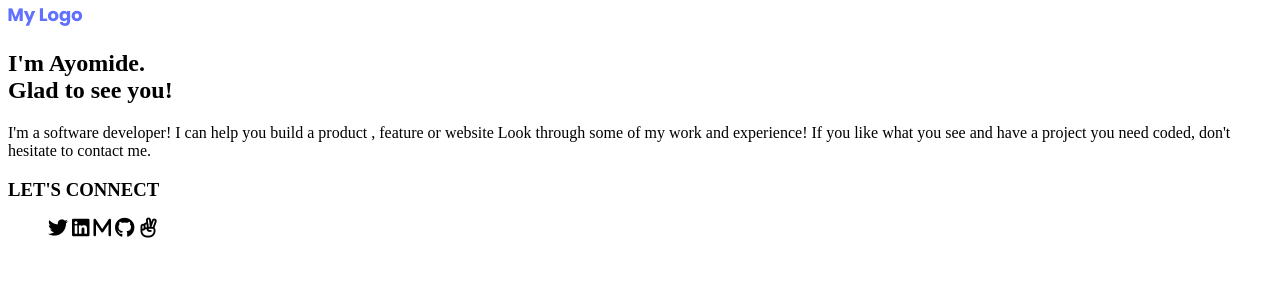
Repository: Paulinelali/microverse-personal-portfolio
Page: index.html
The author's editor kept a copy of each file at every save. The page is drawn from the files as they stood at one save, then again after a run of saves.
The browser window is 1280 px wide. The pictures show the whole page.
Some web libraries are served in a nearby version.

Above is the page before, as saved 2023-04-28 00:52:51.

### index.html
<!DOCTYPE html>
<html lang="en">
<head>
    <meta charset="UTF-8">
    <meta http-equiv="X-UA-Compatible" content="IE=edge">
    <meta name="viewport" content="width=device-width, initial-scale=1.0">
    <link rel="preconnect" href="https://fonts.googleapis.com">
<link rel="preconnect" href="https://fonts.gstatic.com" crossorigin>
<link href="https://fonts.googleapis.com/css2?family=Poppins:ital,wght@0,300;0,400;0,700;1,500&display=swap" rel="stylesheet">
    <script src="https://kit.fontawesome.com/97d9fb687f.js" crossorigin="anonymous"></script>
    <link rel="stylesheet" media="screen and (max-width: 765px)" href="style.css">
    <title>Ayomide's portfolio</title>
</head>
<body>
    <section>
        <header class="header">
            <nav class="navbar">
                <div class="logo">
                    <img src="./assets/My Logo.png" alt="">
                </div>
                <div class="hamburger">
                    <span class="line-top"></span>
                    <span class="line-middle"></span>
                    <span class="line-bottom"></span>
                </div>
            </nav>
            <div class="intro">
                <h1 class="title">
                    I'm Ayomide.<br>
                    Glad to see you!
                </h1>
                <p class="bio">
                    I'm a software developer! I can help you build a product , feature or website Look through some of my work and experience! If you like what you see and have a project you need coded, don't hesitate to contact me.
                </p>
                <h3 class="let-connect">
                    LET'S CONNECT
                </h3>
                <ul class="social-icons">

                    <i class="fa-brands fa-twitter fa-lg"></i>
                    <i class="fa-brands fa-linkedin fa-lg"></i>
                    <i class="fa-solid fa-m fa-lg"></i>
                    <i class="fa-brands fa-github fa-lg"></i>
                    <i class="fa-regular fa-hand-peace fa-flip-horizontal fa-lg"></i>
                </ul>
            </div>
        </header>
    </section>
</body>
</html>

### style.css

* {
  box-sizing: border-box;
  margin: 0;
  padding: 0;
}

body {
  font-family: 'Poppins', sans-serif;
}

.navbar {
  margin-top: 58px;
  display: flex;
  justify-content: space-between;
  padding: 0 24px;
}

.navbar .logo {
  vertical-align: middle;
  margin-top: 3px;
}

.hamburger {
  width: 10%;
  height: 4px;
  display: flex;
  flex-direction: column;
  gap: 7px;
}

.line-top,
.line-middle,
.line-bottom {
  border: 2px solid #6070ff;
}

.title {
  font-style: normal;
  font-weight: 700;
  font-size: 40px;
  line-height: 52px;
  color: #172b4d;
}

.intro {
  padding: 20% 5%;
  background: white url("./assets/bg.png") no-repeat;
  background-size: cover;
  display: flex;
  flex-direction: column;
  gap: 1rem;
}

.let-connect {
  font-style: normal;
  font-weight: 500;
  font-size: 1rem;
  line-height: 24px;
  color: #7f8cff;
}

.bio {
  font-style: normal;
  font-weight: 400;
  font-size: 1rem;
  line-height: 24px;
  color: #344563;
}

.social-icons {
  display: flex;
  gap: 5%;
  align-items: baseline;
}

.social-icons i {
  color: #505f79;
}

After the next 5 saves:
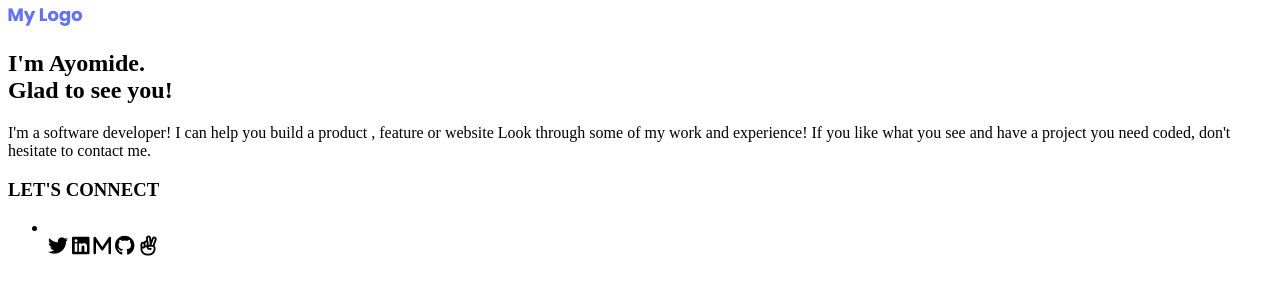
The 5 saves are shown as one change because they came seconds apart.
The last was saved 11 s later.
--- a/index.html
+++ b/index.html
@@ -36,7 +36,7 @@
                     LET'S CONNECT
                 </h3>
                 <ul class="social-icons">
-
+                    <li><a href="#"></a></li>
                     <i class="fa-brands fa-twitter fa-lg"></i>
                     <i class="fa-brands fa-linkedin fa-lg"></i>
                     <i class="fa-solid fa-m fa-lg"></i>
